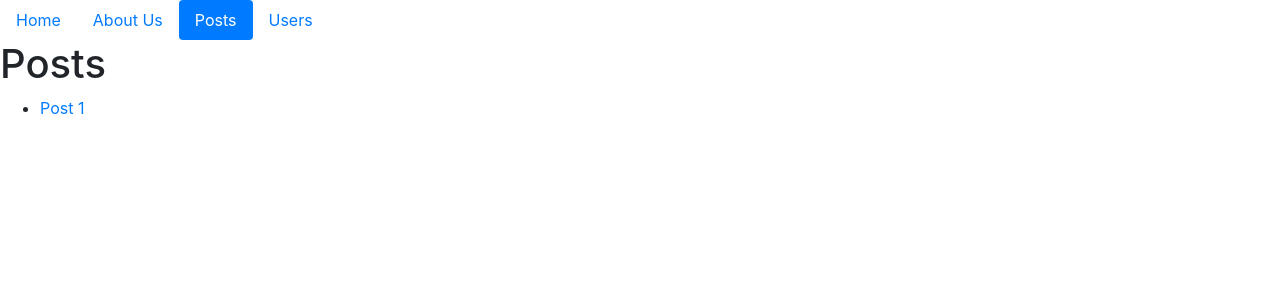
Repository: toufik17/vuejs
Page: /posts
The author's editor kept a copy of each file at every save. The page is drawn from the files as they stood at one save, then again after the next save.
The browser window is 1280 px wide. The pictures show the whole page.
The project was rebuilt for these pictures with package versions that can differ from the ones it lists, and the page was loaded fresh each time. Also part of the build but not shown: src/components/Home.vue, src/components/About.vue, src/components/Post.vue.

Above is the page before, as saved 2019-03-06 11:24:12.

After the next save:
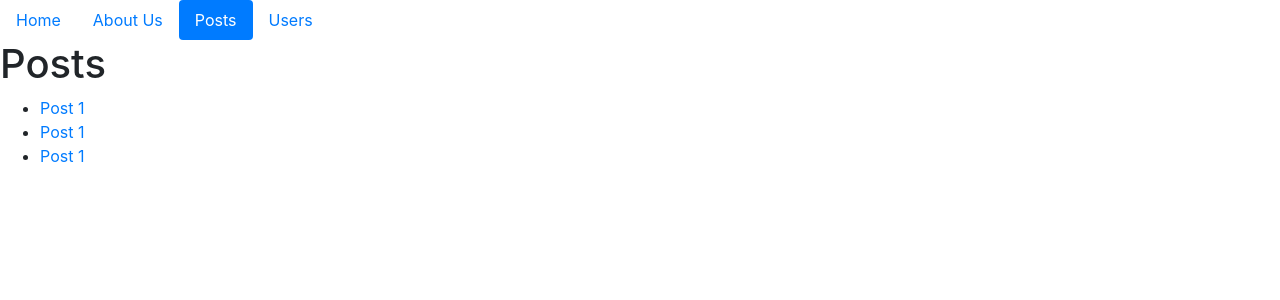
Saved 4 s later.
--- a/src/components/Posts.vue
+++ b/src/components/Posts.vue
@@ -3,6 +3,8 @@
         <h1>Posts</h1>
         <ul>
             <li><router-link to="/posts/1">Post 1</router-link></li>
+            <li><router-link to="/posts/1">Post 1</router-link></li>
+            <li><router-link to="/posts/1">Post 1</router-link></li>
         </ul>
     </div>
 </template>
